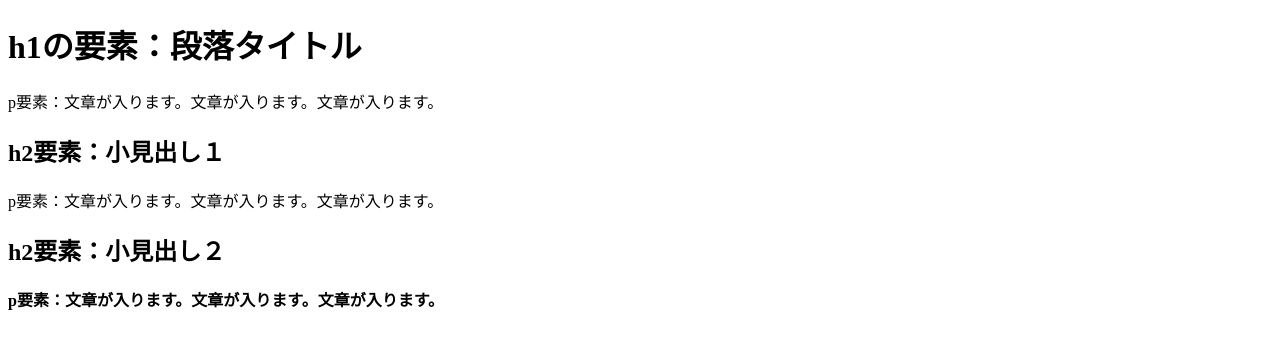
Repository: MoriTaiki1107/samurai_HTML-CSS
Page: index.html
The author's editor kept a record of every edit. The page is drawn from the files as they stood at one moment, then again after the next edit.
The browser window is 1280 px wide. The pictures show the whole page.

Above is the page before.

### index.html
<!DOCTYPE html>
<html lang="ja">
<head>
    <meta charset="UTF-8">
    <title>HTML/CSSの学習</title>
</head>
<body>
    <h1 class="blue">h1の要素：段落タイトル</h1>
    <p>p要素：文章が入ります。文章が入ります。文章が入ります。</p>
    <h2 class="blue">h2要素：小見出し１</h2>
    <p style="fs-25">
    p要素：文章が入ります。文章が入ります。文章が入ります。
    </p>
    <h2 id="red">h2要素：小見出し２</h2>
    <p style="font-weight: bold;">
    p要素：文章が入ります。文章が入ります。文章が入ります。
    </p>
</body>
</html>

After the next edit:
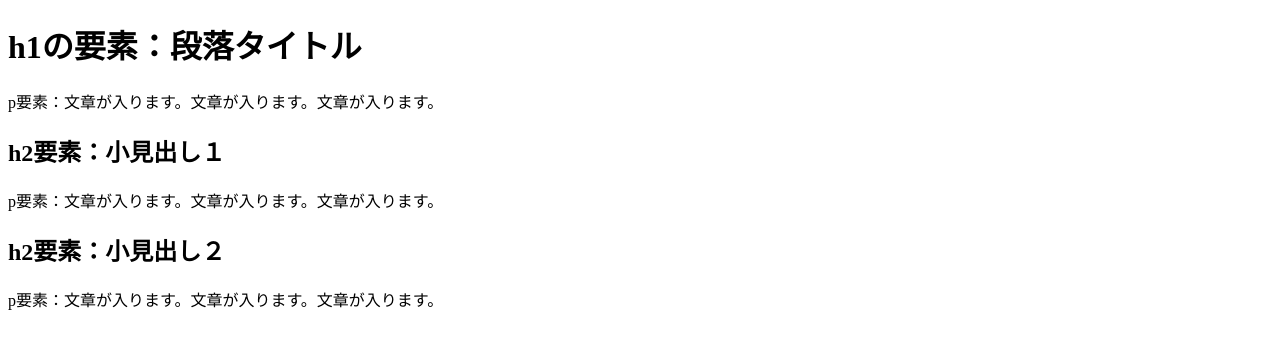
The edit:
--- a/index.html
+++ b/index.html
@@ -12,7 +12,7 @@
     p要素：文章が入ります。文章が入ります。文章が入ります。
     </p>
     <h2 id="red">h2要素：小見出し２</h2>
-    <p style="font-weight: bold;">
+    <p style="fw-bold">
     p要素：文章が入ります。文章が入ります。文章が入ります。
     </p>
 </body>
